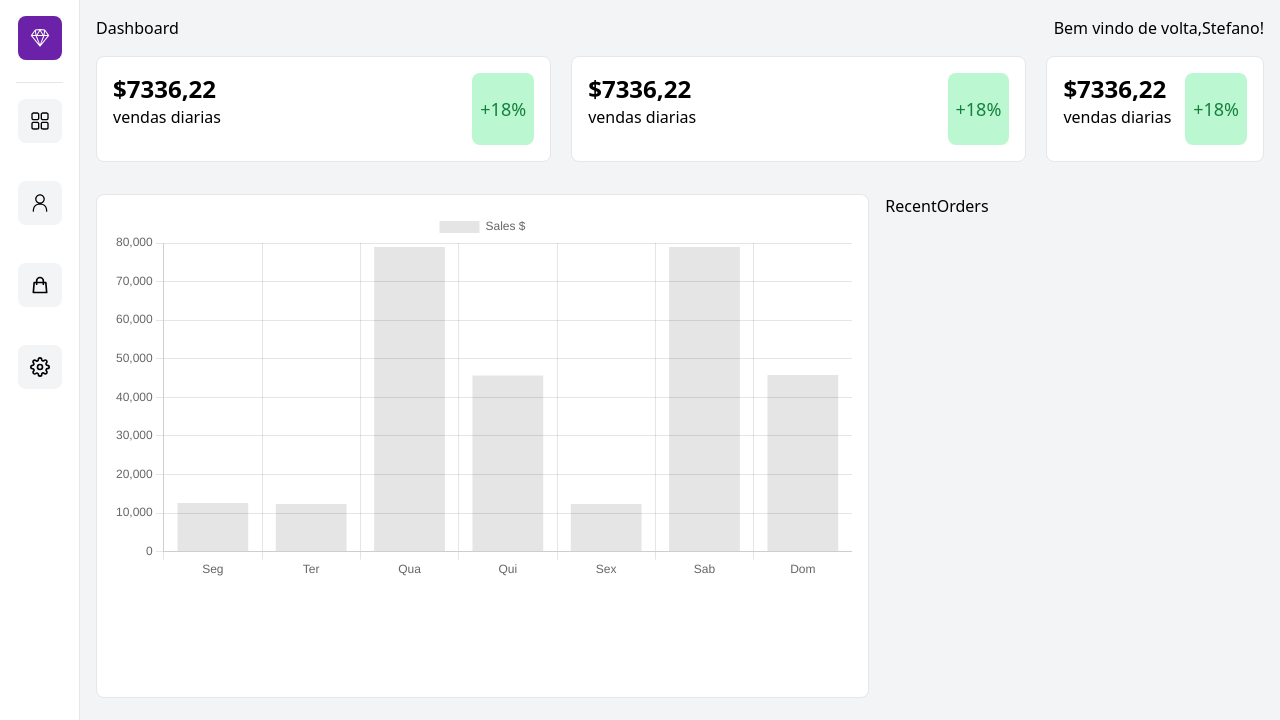
Repository: stefanosousaa/dashboard-next13
Page: /
An editor plug-in stored every save of this project. The page is shown before and after the next save, followed by the edit.
The browser window is 1280 px wide. The pictures show the whole page.
The project was rebuilt for these pictures with package versions that can differ from the ones it lists, and the page was loaded fresh each time. The framework's server and built-in components were replaced by stand-ins that run in the browser. Also part of the build but not shown: next.config.js.

Above is the page before, as saved 2023-05-16 18:31:58.

### pages/_app.js
import Sidebar from '@/components/Sidebar'
import '@/styles/globals.css'

export default function App({ Component, pageProps }) {
  return (
    <Sidebar>
        <Component {...pageProps} />
    </Sidebar>

  )
}

### pages/index.js
import TopCards from '@/components/TopCards';
import Header from '../components/Header';
import Head from 'next/head';
import Image from 'next/image';
import BarChart from '@/components/BarChart';
import RecentOrders from '@/components/RecentOrders';

export default function Home() {
  return (
    <>
      <Head>
        <title>Create Next App</title>
        <meta name="description" content="Generated by create next app" />
        <meta name="viewport" content="width=device-width, initial-scale=1" />
        <link rel="icon" href="/favicon.ico" />
      </Head>

      <main className='bg-gray-100 min-h-screen'>
        <Header/>
        <TopCards/>

            <div className='p-4 grid md:grid-cols-3 grid-cols-1 gap-4'>
              <BarChart/>
              <RecentOrders/>
            </div>

      </main>

    </>
  );
};

### components/Sidebar.jsx
import Link from 'next/link'
import Image from 'next/image'
import React from 'react'
import {RxSketchLogo,RxDashboard, RxPerson} from 'react-icons/rx'
import {FiSettings} from 'react-icons/fi'
import {HiOutlineShoppingBag} from 'react-icons/hi'

const Sidebar = ({children}) => {
  return (
    <div className='flex'>
        <div className='fixed w-20 h-screen p-4 bg-white border-r-[1px] flex flex-col justify-between'>
        <div className='flex flex-col items-center'>

          <Link href='/'>
            <div className='bg-purple-800 text-white p-3 rounded-lg inline-block'>
              <RxSketchLogo size={20}/>
            </div>
          </Link>
          <span className='border-b-[1px] border-gray-200 w-full p-2'></span>
          <Link href='/'>
            <div className='bg-gray-100 hover:bg-gray-200 cursor-pointer my-4 p-3 rounded-lg inline-block'>
              <RxDashboard size={20}/>
            </div>
          </Link>
          <Link href='/costumerd'>
            <div className='bg-gray-100 hover:bg-gray-200 cursor-pointer my-4 p-3 rounded-lg inline-block'>
              <RxPerson size={20}/>
            </div>
          </Link>
          <Link href='/orders'>
            <div className='bg-gray-100 hover:bg-gray-200 cursor-pointer my-4 p-3 rounded-lg inline-block'>
              <HiOutlineShoppingBag size={20}/>
            </div>
          </Link>
          <Link href='/'>
            <div className='bg-gray-100 hover:bg-gray-200 cursor-pointer my-4 p-3 rounded-lg inline-block'>
              <FiSettings size={20}/>
            </div>
          </Link>
        </div>
        </div>

        <main className='ml-20 w-full'>{children}</main>
    </div>
  )
}

export default Sidebar

### components/TopCards.jsx
import React from 'react'

const TopCards = () => {
  return (
    <div className='grid lg:grid-cols-5 gap-5 p-4'>
        <div className='lg:col-span-2 col-span-1 bg-white flex justify-between w-full border p-4 rounded-lg'>
           <div className='flex flex-col w-full pb-4'>
            <p className='text-2xl font-bold'>$7336,22</p>
            <p>vendas diarias</p>
        </div>
            <p className='bg-green-200 flex justify-center items-center p-2 rounded-lg'>
                <span className='text-green-700 text-lg'>+18%</span>
            </p>
        </div>
        <div className='lg:col-span-2 col-span-1 bg-white flex justify-between w-full border p-4 rounded-lg'>
           <div className='flex flex-col w-full pb-4'>
           <p className='text-2xl font-bold'>$7336,22</p>
            <p>vendas diarias</p>
           </div>
           <p className='bg-green-200 flex justify-center items-center p-2 rounded-lg'>
                <span className='text-green-700 text-lg'>+18%</span>
            </p>
        </div>
        <div className='bg-white flex justify-between w-full border p-4 rounded-lg'>
           <div className='flex flex-col w-full pb-4'>
           <p className='text-2xl font-bold'>$7336,22</p>
            <p>vendas diarias</p>
           </div>
           <p className='bg-green-200 flex justify-center items-center p-2 rounded-lg'>
                <span className='text-green-700 text-lg'>+18%</span>
            </p>
        </div>
    </div>
  )
}

export default TopCards

### components/Header.jsx
import React from 'react'

const Header = () => {
  return (
    <div className='flex justify-between px-4 pt-4'>
        <h2>Dashboard</h2>
        <h2>Bem vindo de volta,Stefano!</h2>
    </div>
  )
}

export default Header

### components/BarChart.jsx
import React ,{useState,useEffect} from 'react'
import { Bar } from 'react-chartjs-2';
import {
    Chart as ChartJS,
    CategoryScale,
    LinearScale,
    BarElement,
    Title,
    Tooltip,
    Legend
} from 'chart.js';


ChartJS.register(
    CategoryScale,
    LinearScale,
    BarElement,
    Title,
    Tooltip,
    Legend
);

const BarChart = () => {

    const [chartData, setChartData] = useState({
        datasets: [],
    });

    const [chartOptions,setChartOptions] = useState({});

    useEffect(() =>{
     setChartData({
        labels: ['Seg', 'Ter', 'Qua', 'Qui', 'Sex', 'Sab', 'Dom'],
        datasets: [
            {
                label : 'Sales $',
                data: [12578,12345,78945,45678,12345,78954,45789],
                borderColor: 'rgb(53, 162, 235)',
                backGroundColor: 'rgb(53, 162,235, 0.4)',
            }
        ]
     })

     setChartOptions({

     })
    },[])

  return (

    <>
    <div className='w-full md:col-span-2 relative lg:h-[70vh] h-[50vh] m-auto p-4 border rounded-lg bg-white'>
        <Bar
            data={chartData}
            options={chartOptions}/>
    </div>
    </>

  )
};

export default BarChart

### components/RecentOrders.jsx
import React from 'react'

const RecentOrders = () => {
  return (
    <div>RecentOrders</div>
  )
}

export default RecentOrders

Loaded but not shown: pages/_document.js (common file); styles/globals.css (common file); tailwind.config.js (common file)

After the next save:
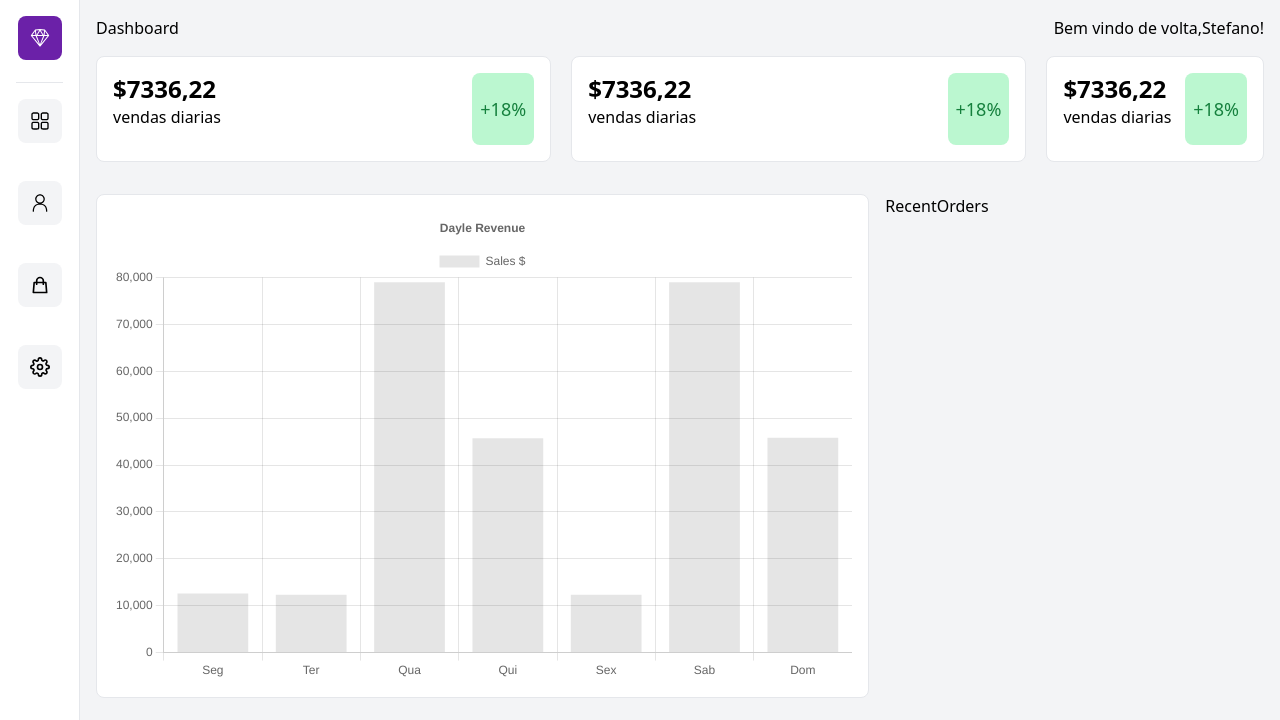
Saved 3 min 47 s later.
--- a/components/BarChart.jsx
+++ b/components/BarChart.jsx
@@ -42,6 +42,17 @@ const BarChart = () => {
      })
 
      setChartOptions({
+        plugins :{
+            legend: {
+                position: 'top'
+            },
+            title: {
+                display: true,
+                text: 'Dayle Revenue'
+            }
+        },
+        maintainAspectRatio: false,
+        reponsive: true
 
      })
     },[])
